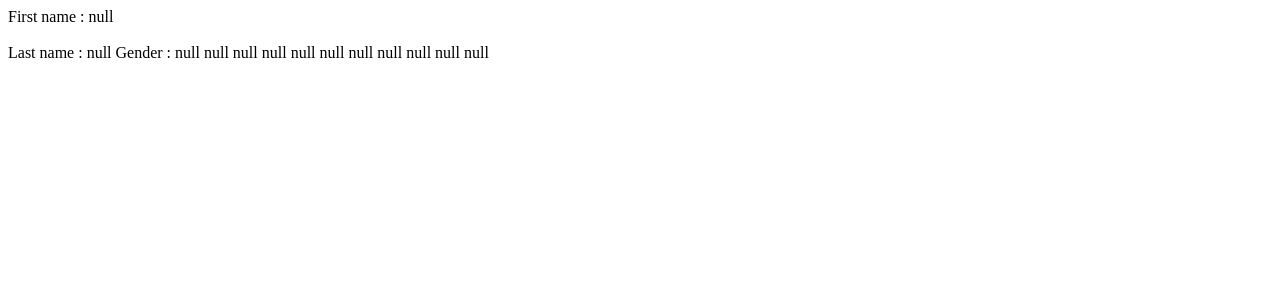
Repository: Rccalfa123/JEE
Page: http://localhost/MyFirstServlet/MyServlet
The author's editor kept a copy of each file at every save. The page is drawn from the files as they stood at one save, then again after the next save.
The browser window is 1280 px wide. The pictures show the whole page.
The page is served by Tomcat 9.

Above is the page before, as saved 2018-08-07 12:01:39.

After the next save:
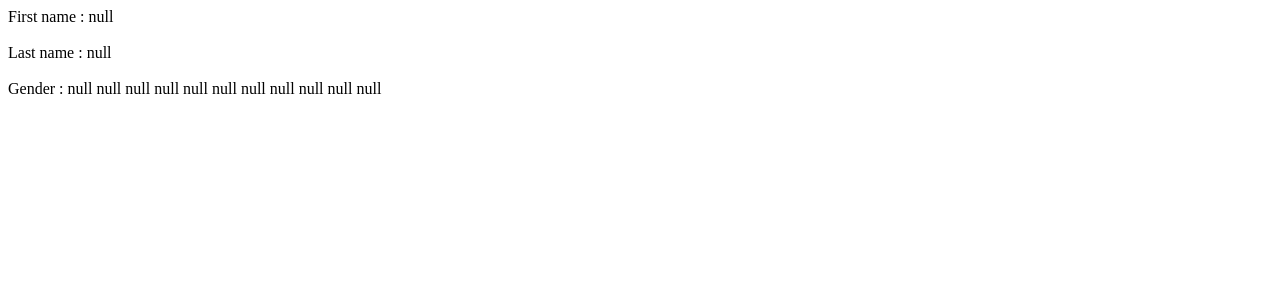
Saved 10 s later.
--- a/MyFirstServlet/WebContent/ResumeService.jsp
+++ b/MyFirstServlet/WebContent/ResumeService.jsp
@@ -13,7 +13,7 @@
  %>
 
 First name : <%=resume.getFirstName()%><br><br>
-Last name  : <%=resume.getLastName()%>
+Last name  : <%=resume.getLastName()%><br><br>
 Gender     : <%=resume.getGender()%>
              <%=resume.getHighestQualification()%>
              <%=resume.getDateOfBirth()%>
